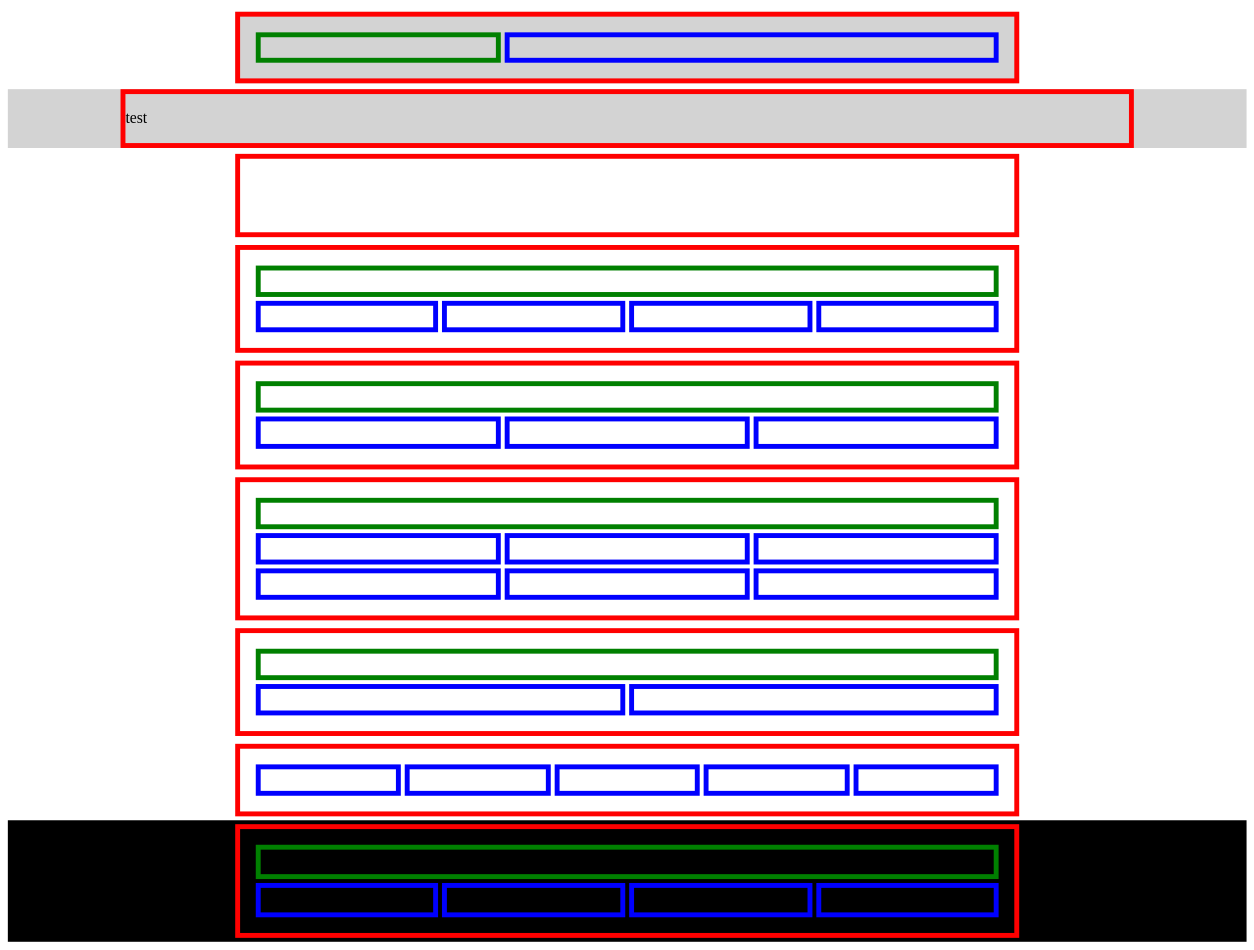
Repository: anderscederberg11/LAB2BG
Page: index.html
The author's editor kept a copy of each file at every save. The page is drawn from the files as they stood at one save, then again after the next save.
The browser window is 1280 px wide. The pictures show the whole page, at 98% of full size.

Above is the page before, as saved 2024-01-30 23:04:07.

### index.html
<!doctype html>
<html class="no-js" lang="en">

<head>
  <meta charset="utf-8">
  <meta name="viewport" content="width=device-width, initial-scale=1">
  <title>Sebastians Wonderful Website</title>
  <link rel="stylesheet" href="css/style.css">
  <meta name="description" content="sebastians website">
  <meta property="og:title" content="Sebastians Wonderful Website">
  <meta property="og:type" content="website">
  <meta property="og:url" content="https://www.SebastianWebsite.com">
  <!--<meta property="og:image" content=""> -->

  <link rel="icon" href="/favicon.ico" sizes="any">
  <link rel="icon" href="/icon.svg" type="image/svg+xml">
  <link rel="apple-touch-icon" href="icon.png">

</head>
    <body class="displayContainer">

        <header class="headerContainer">
            <div class="headerTitleContainer">
                <h1 class="title"></h1>
            </div>
            <div class="headerImageContainer"></div>
        </header>

        <div class="sectionOne">
            <div class="sectionOneImage">
                <div class="sectionOneList">
                    <p>test</p>
                </div>
                <!-- image -->
            </div>
        </div>

        <div class="sectionTwo">
            <h1 class="title"></h1>
        </div>

        <div class="sectionThree">
            <div class="headerSectionThree">
                <h2 class="secondHeader"></h2>
                <h5 class="subHeader"></h5>
            </div>
            <div class="card"></div>
            <div class="card"></div>
            <div class="card"></div>
            <div class="card"></div>
        </div>

        <div class="sectionFour">
            <div class="headerSectionFour">
                <h2 class="secondHeader"></h2>
                <h5 class="subHeader"></h5>
            </div>
            <div class="card-special"></div>
            <div class="card"></div>
            <div class="card"></div>
        </div>

        <div class="sectionFive">
            <div class="headerSectionFive">
                <h2 class="secondHeader"></h2>
                <h5 class="subHeader"></h5>
            </div>
            <div class="card"></div>
            <div class="card"></div>
            <div class="card"></div>
            <div class="card"></div>
            <div class="card"></div>
            <div class="card"></div>
        </div>

        <div class="sectionSix">
            <div class="headerSectionSix">
                <h2 class="secondHeader"></h2>
                <h5 class="subHeader"></h5>
            </div>
            <div class="card-special"></div>
            <div class="card-special"></div>
        </div>

        <div class="sectionSeven">
            <div class="card"></div>
            <div class="card"></div>
            <div class="card"></div>
            <div class="card"></div>
            <div class="card"></div>
        </div>

        <footer class="footerContainer">
            <div class="sectionFooter">
                <div class="footerInfo"><h6></h6></div>
                <div class="footerInfoCard"><h4></h4></div>
                <div class="footerInfoCard"><h4></h4></div>
                <div class="footerInfoCard"><h4></h4></div>
                <div class="footerInfoCard"><h4></h4></div>
            </div>
        </footer>

    </body>
</html>

### css/style.css
.displayContainer{
  display:flex;
  flex-direction: column;
  align-items: center;
}

.card, .card-special {
  border: 5px solid blue;
}

.headerContainer{
  grid-template-columns: repeat(3, 1fr);
  background-color: lightgrey;
}

.headerTitleContainer{
  border: 5px solid green;
}

.headerImageContainer{
  grid-column: 2/4;
  border: 5px solid blue;
}

.sectionOne{
  display:flex;
  flex-direction: column;
  align-items: center;
  background-color: lightgrey;
  width:100%;
  border:none;
  margin:0.25vh;
}

.sectionOneList{

}

.sectionOneImage{
  width:80vw;

  border: 5px solid red;
}

.headerContainer, .sectionTwo, .sectionThree, .sectionFour, .sectionFive, .sectionSix, .sectionSeven, .sectionFooter{
  display:grid;
  width:60%;
  grid-gap:0.25em;
  padding:1em;
  margin:0.25em;
  border: 5px solid red;
}
.headerSectionThree, .headerSectionFour, .headerSectionFive, .headerSectionSix, .footerInfo{
  border: 5px solid green;
}

.sectionThree, .sectionFooter{
  grid-template-columns: repeat(4, 1fr);
  grid-template-rows: repeat(2, 1fr);
}

.headerSectionThree, .footerInfo{
  grid-column: span 4;
}

.sectionFour{
  grid-template-columns: repeat(3, 1fr);
  grid-template-rows: repeat(2, 1fr);
}

.headerSectionFour{
  grid-column: span 3;
}

.sectionFive{
  grid-template-columns: repeat(3, 1fr);
  grid-template-rows: repeat(3, 1fr);
}

.headerSectionFive{
  grid-column: span 3;
}

.sectionSix{
  grid-template-columns: repeat(2, 1fr);
  grid-template-rows: repeat(2, 1fr);
}

.headerSectionSix{
  grid-column: span 2;
}

.sectionSeven{
  grid-template-columns: repeat(5, 1fr);
  height:31.51px; /*REMOVE*/
}

.footerContainer{
  display:flex;
  flex-direction: column;
  align-items: center;
  width:100%;
  background-color: black;
}

.sectionFooter{

}

.footerInfo{

}

.footerInfoCard{
  border: 5px solid blue;
}

@media screen and (max-width: 40em) {
  .sectionThree, .sectionFour, .sectionFooter, .sectionFive{
    grid-template-columns: repeat(2, 1fr);
    grid-template-rows: repeat(3, 1fr);
  }

  .headerSectionThree, .footerInfo, .headerSectionFour, .sectionFour .card-special, .headerSectionFive {
    grid-column: span 2;
  }

  .sectionFive{
    grid-template-rows: repeat(4, 1fr);
  }

  .sectionSix{
    grid-template-columns: repeat(1, 1fr);
    grid-template-rows: repeat(3, 1fr);
  }

  .headerSectionSix{
    grid-column: span 1;
  }

}

After the next save:
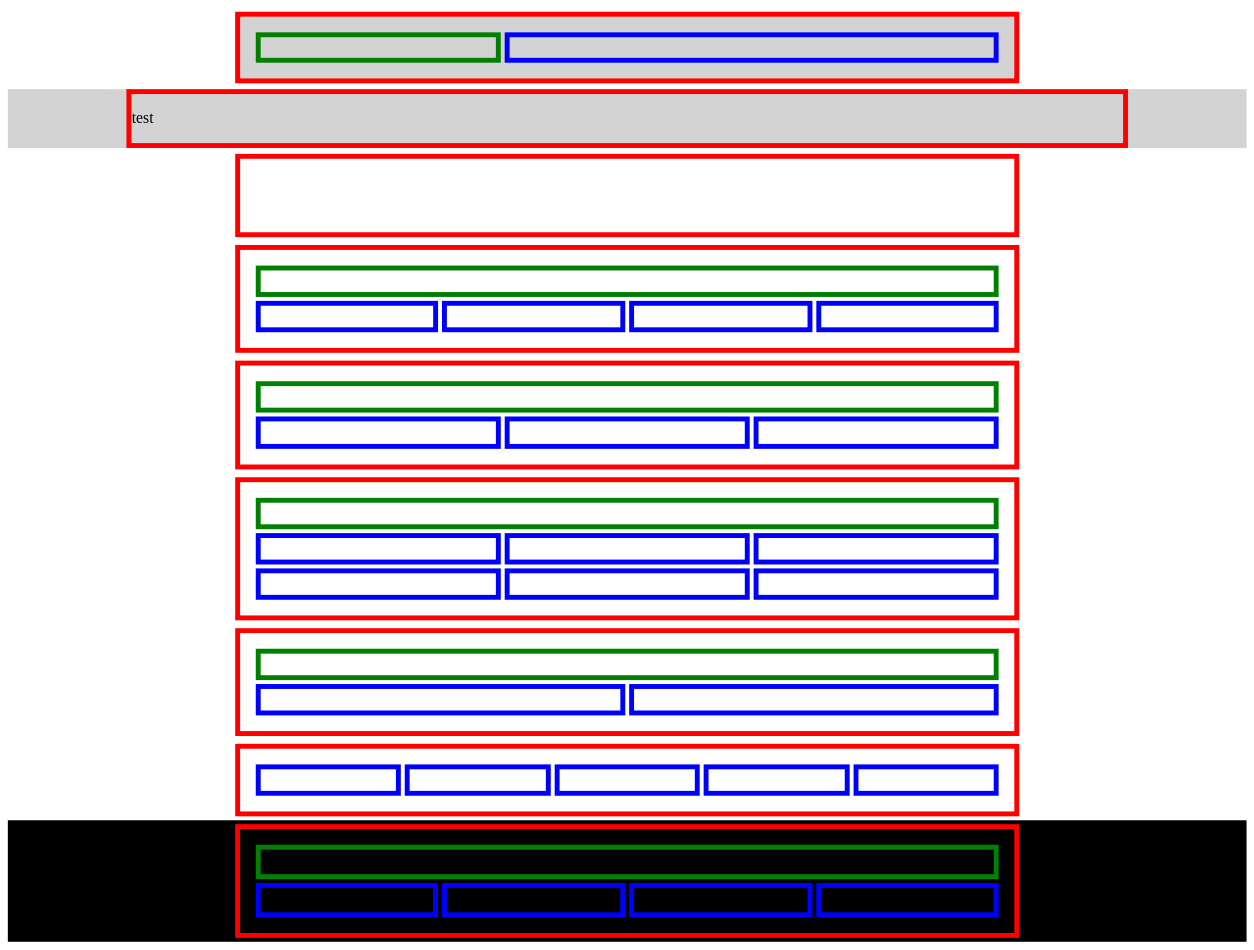
Saved 13 s later.
--- a/css/style.css
+++ b/css/style.css
@@ -37,8 +37,8 @@
 }
 
 .sectionOneImage{
-  width:80vw;
-
+  width:80%;
+  height:50%;
   border: 5px solid red;
 }
 
